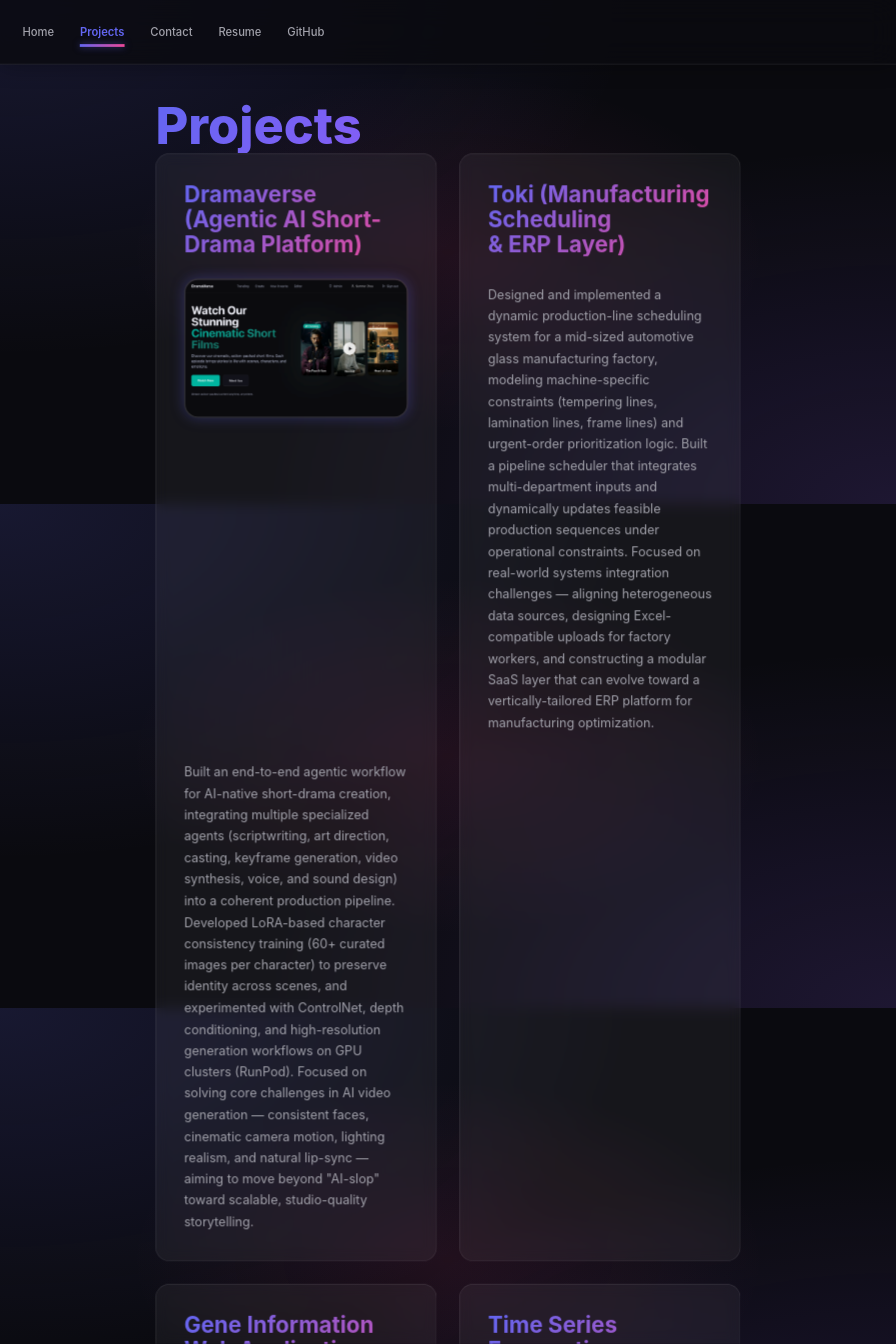
Repository: SummerZ27/personal-website
Page: projects/index.html
The author's editor kept a copy of each file at every save. The page is drawn from the files as they stood at one save, then again after the next save.
The browser window is 1280 px wide. The pictures show the part of the page from y = 0 to 1920 px (the page is 2843 px tall before and 4352 px after), at 70% of full size.
Backgrounds fixed to the window are drawn as part of the page.

Above is the page before, as saved 2026-02-13 13:35:52.

After the next save:
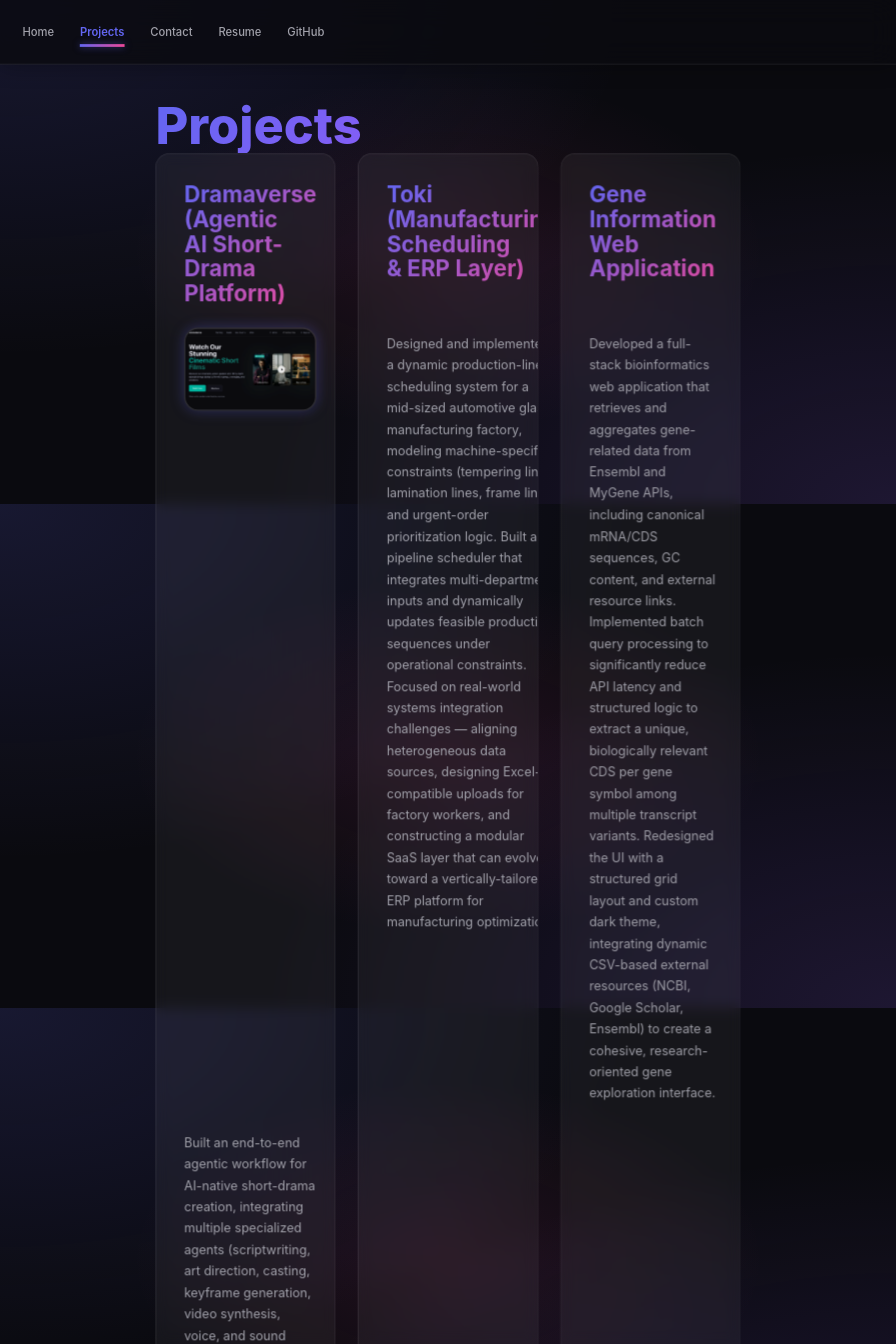
Saved 8 s later.
--- a/style.css
+++ b/style.css
@@ -266,7 +266,7 @@ section h2 {
 /* Projects Grid Layout */
 .projects {
     display: grid;
-    grid-template-columns: repeat(auto-fill, minmax(18em, 1fr));
+    grid-template-columns: repeat(auto-fill, minmax(250px, 1fr));
     gap: 2rem;
 }
 
